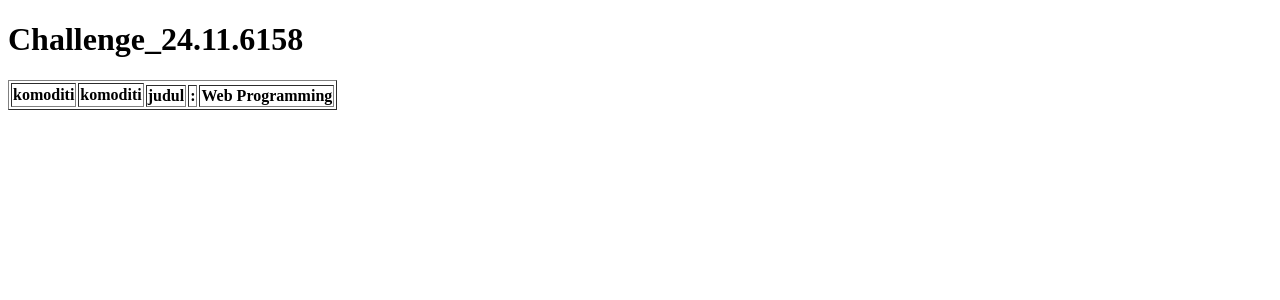
Repository: RoyyanSuryanto/Challenge_24116158
Page: Pertemuan 4/Challenge_24116158.html
The author's editor kept a copy of each file at every save. The page is drawn from the files as they stood at one save, then again after the next save.
The browser window is 1280 px wide. The pictures show the whole page.

Above is the page before, as saved 2026-04-20 09:37:24.

After the next save:
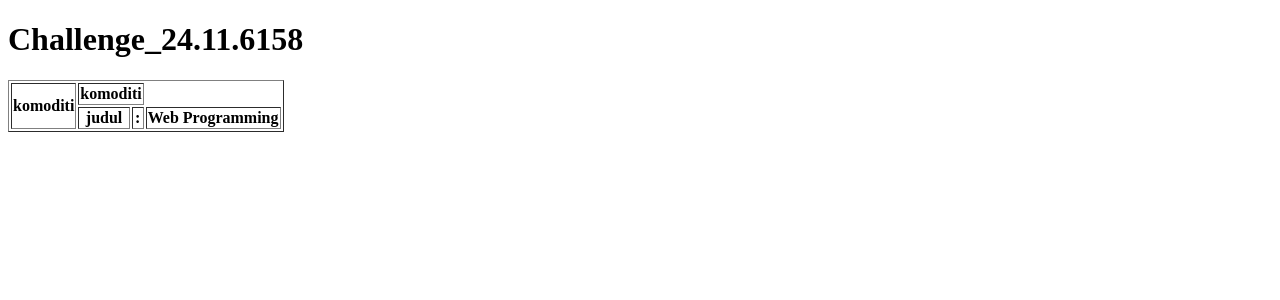
Saved 50 s later.
--- a/Pertemuan 4/Challenge_24116158.html
+++ b/Pertemuan 4/Challenge_24116158.html
@@ -13,7 +13,7 @@
     <table border=>
         <tr>
             <th rowspan="2" background-color="lightgreen">komoditi</th>
-            <th rowspan="2" background-color="orange">komoditi</th>
+            <th colspan="2" background-color="orange">komoditi</th>
         </tr>
 
         <tr>
